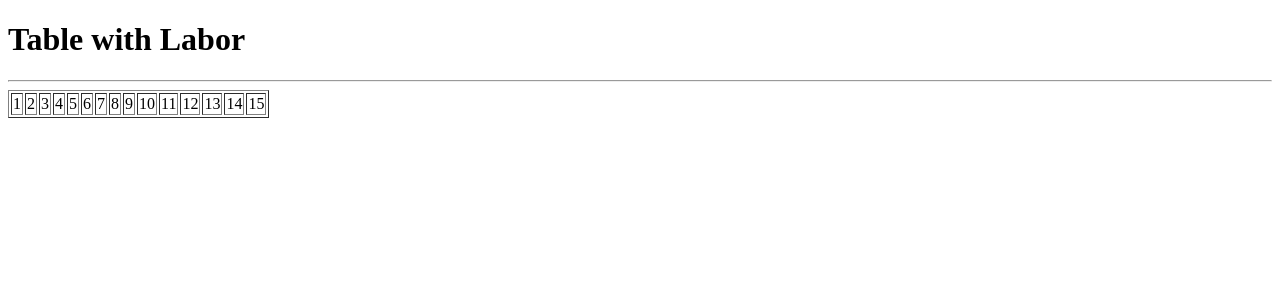
Repository: zxcvne/1400_web_nhs
Page: http://localhost/web/04_script_test.jsp
These files come from the project's save history. The page is drawn as it stood at one moment and after the next save; the edit follows.
The browser window is 1280 px wide. The pictures show the whole page.
The page is served by Tomcat 10.

Above is the page before, as saved 2025-10-25 08:26:30.

After the next save:
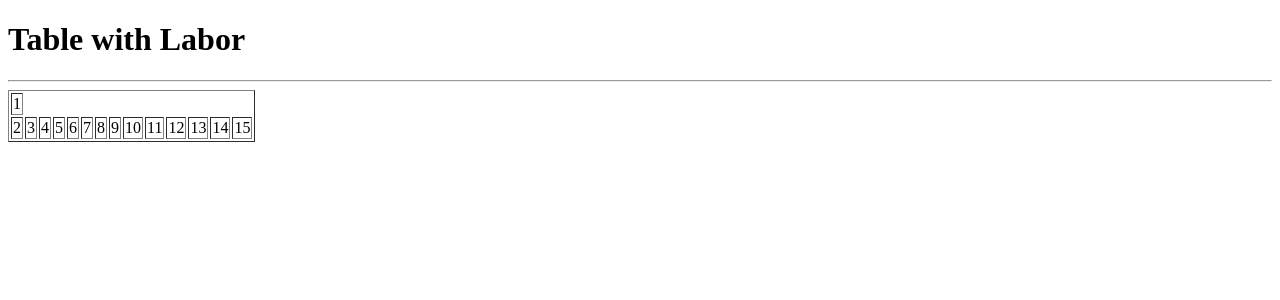
Saved 86 s later.
--- a/05_jsp/src/web/src/main/webapp/04_script_test.jsp
+++ b/05_jsp/src/web/src/main/webapp/04_script_test.jsp
@@ -12,6 +12,7 @@
 	<table border="1">
 		<tr>
 		<td>1</td>
+		</tr>
 		<td>2</td>
 		<td>3</td>
 		<td>4</td>
@@ -26,7 +27,7 @@
 		<td>13</td>
 		<td>14</td>
 		<td>15</td>
-		</tr>
+
 	</table>
 </body>
 </html>

After the save that followed:
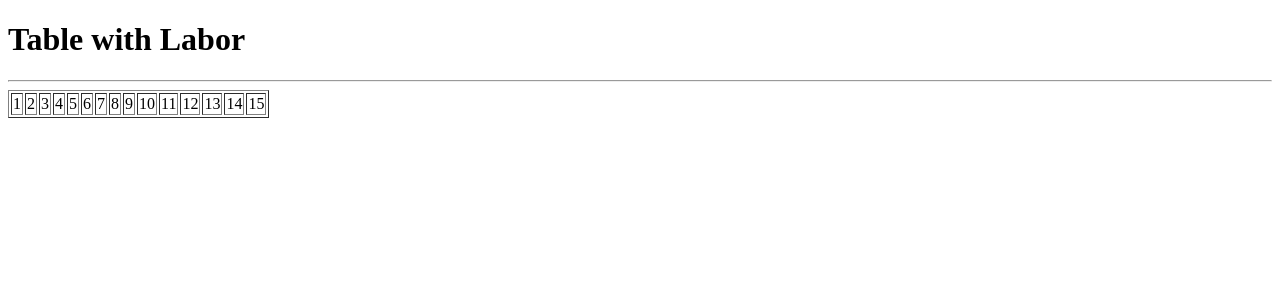
Saved 5 s later.
--- a/05_jsp/src/web/src/main/webapp/04_script_test.jsp
+++ b/05_jsp/src/web/src/main/webapp/04_script_test.jsp
@@ -12,7 +12,7 @@
 	<table border="1">
 		<tr>
 		<td>1</td>
-		</tr>
+
 		<td>2</td>
 		<td>3</td>
 		<td>4</td>
@@ -27,7 +27,7 @@
 		<td>13</td>
 		<td>14</td>
 		<td>15</td>
-
+		</tr>
 	</table>
 </body>
 </html>
